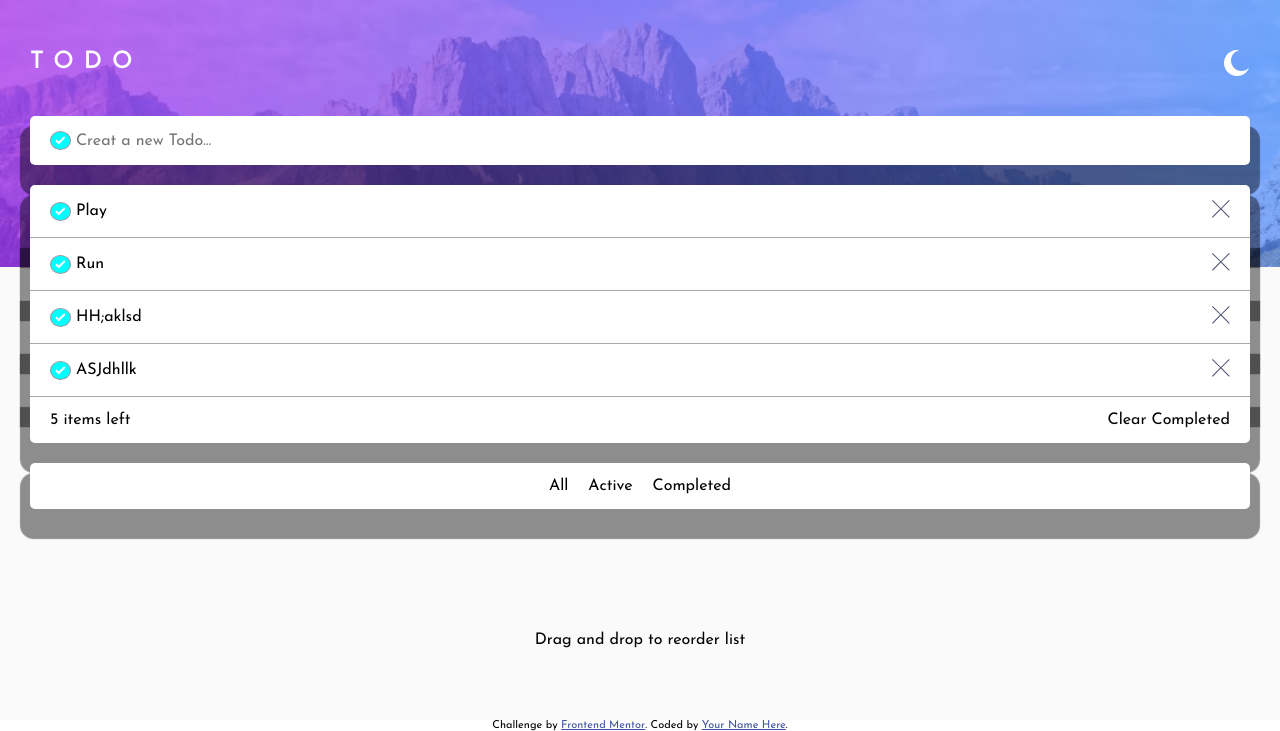
Repository: Baraajad231/Todo-app
Page: /
These files come from the project's save history. The page is drawn as it stood at one moment and after a run of saves; the edit follows.
The browser window is 1280 px wide. The pictures show the whole page.
The project was rebuilt for these pictures with package versions that can differ from the ones it lists, and the page was loaded fresh each time. Also part of the build but not shown: vite.config.js.

Above is the page before, as saved 2025-12-28 02:08:10.

After the next 2 saves:
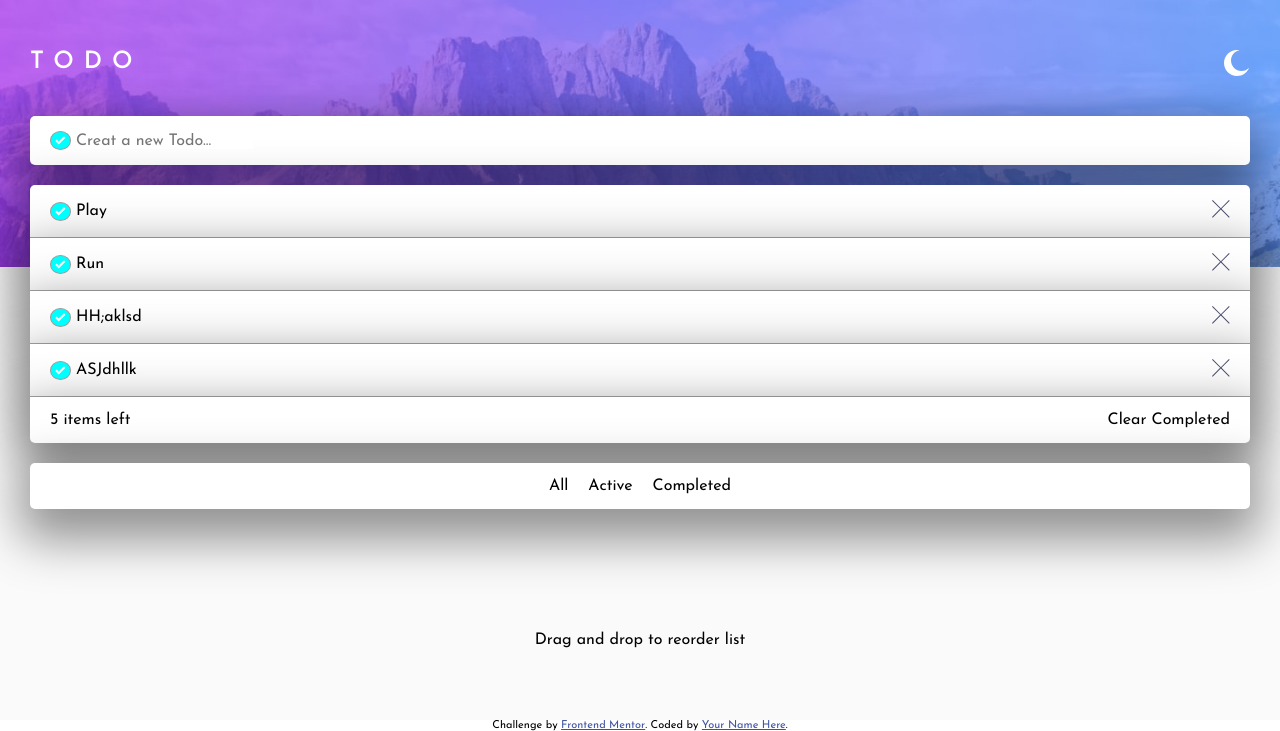
The 2 saves are shown as one change because they came seconds apart.
The last was saved 10 s later.
--- a/styles/style.scss
+++ b/styles/style.scss
@@ -111,7 +111,7 @@ body {
       display: flex;
       align-items: center;
 
-      box-shadow: 0 2rem 0.1rem 1rem rgba(0, 0, 0, 0.437);
+      box-shadow: 0 2rem 5rem 1rem rgba(0, 0, 0, 0.437);
 
       &:nth-child(2) {
         border-radius: 0.5rem 0.5rem 0 0;
